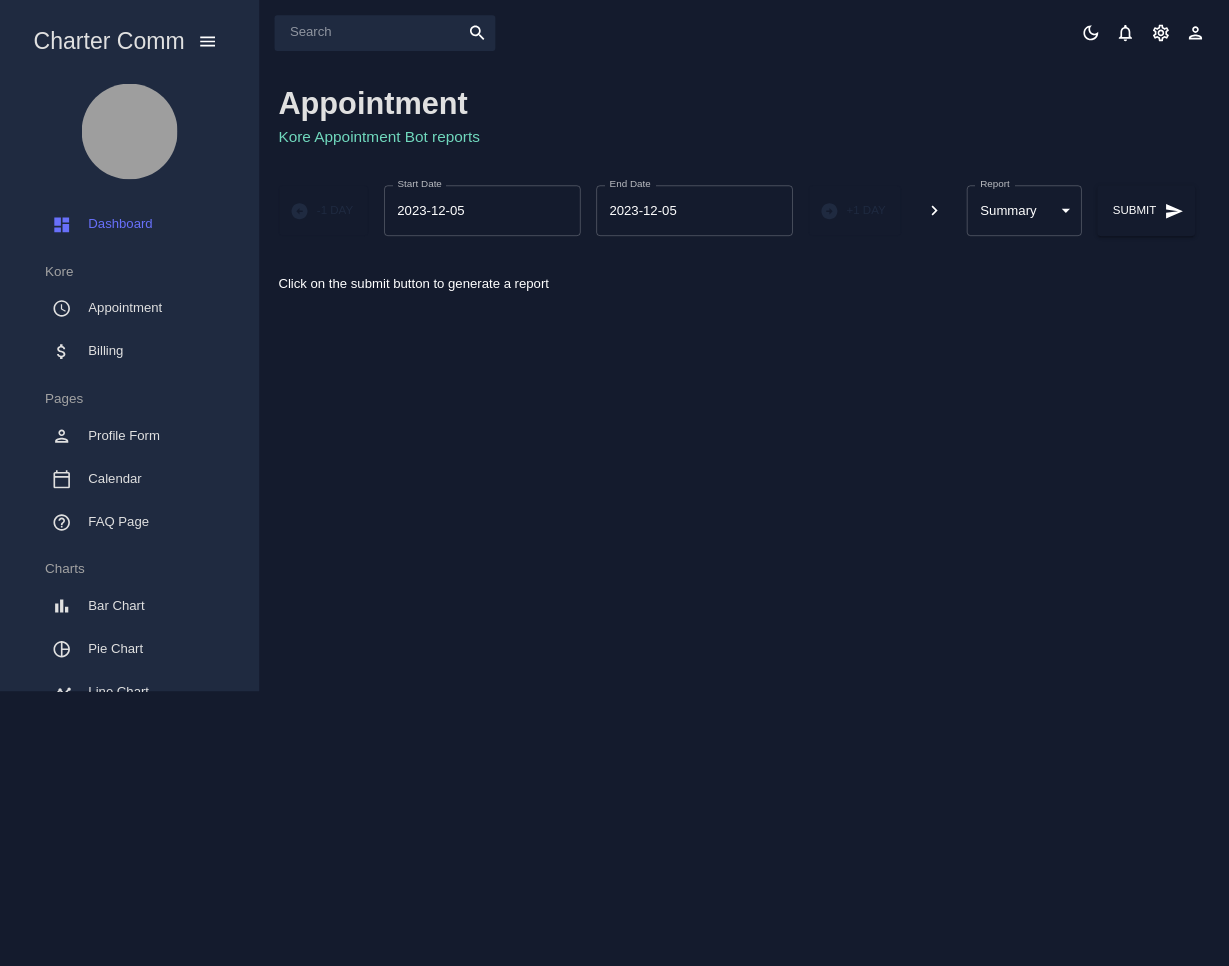
Repository: HenrryWith2Rs/reporthub
Page: /kore/appt (app in ui/)
These files come from the project's save history. The page is drawn as it stood at one moment and after the next save; the edit follows.
The browser window is 1280 px wide. The pictures show the whole page, at 96% of full size.
Pictures or frames that could not be fetched are drawn as grey boxes. The project was rebuilt for these pictures with package versions that can differ from the ones it lists, and the page was loaded fresh each time. Also part of the build but not shown: ui/vite.config.ts, ui/src/data/mockData.ts, ui/src/components/LineChart.tsx, ui/src/data/mockGeoFeatures.ts, ui/src/components/GeographyChart.tsx, ui/src/data/dataParser.ts, ui/src/components/BarChart.tsx, ui/src/components/ProgressCircle.tsx and 8 more.

Above is the page before, as saved 2023-12-09 18:01:33.

After the next save:
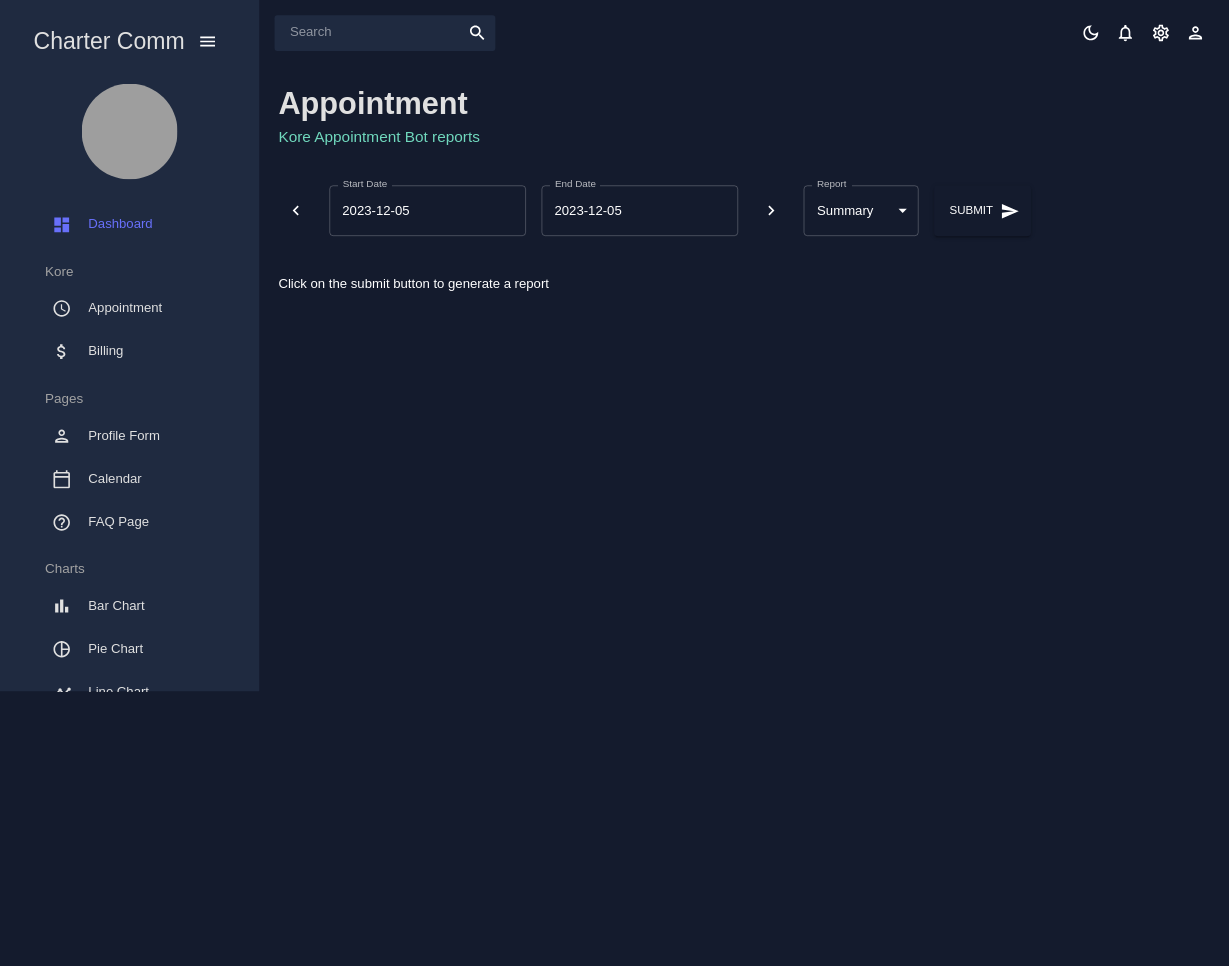
Saved 56 s later.
--- a/ui/src/scenes/appointment/index.tsx
+++ b/ui/src/scenes/appointment/index.tsx
@@ -13,8 +13,6 @@ import {
   CircularProgress,
 } from '@mui/material';
 import SendIcon from '@mui/icons-material/Send';
-import ArrowCircleLeftIcon from '@mui/icons-material/ArrowCircleLeft';
-import ArrowCircleRightIcon from '@mui/icons-material/ArrowCircleRight';
 import Select, { SelectChangeEvent } from '@mui/material/Select';
 import { DatePicker } from '@mui/x-date-pickers/DatePicker';
 import { format } from 'date-fns';
@@ -80,13 +78,9 @@ const Appointment = () => {
       <Header title="Appointment" subtitle="Kore Appointment Bot reports" />
       <Box m="40px 0 0 0" height="75vh">
         <Stack direction="row" spacing={2}>
-          <Button
-            variant="outlined"
-            sx={{ color: colors.primary[400] }}
-            startIcon={<ArrowCircleLeftIcon />}
-          >
-            -1 Day
-          </Button>
+          <IconButton>
+            <ArrowLeftIcon />
+          </IconButton>
           <DatePicker
             label="Start Date"
             format="yyyy-MM-dd"
@@ -99,13 +93,6 @@ const Appointment = () => {
             value={dateEnd}
             onChange={(newValue) => setDateEnd(newValue)}
           />
-          <Button
-            variant="outlined"
-            sx={{ color: colors.primary[400] }}
-            startIcon={<ArrowCircleRightIcon />}
-          >
-            +1 Day
-          </Button>
           <IconButton>
             <ArrowRightIcon />
           </IconButton>
